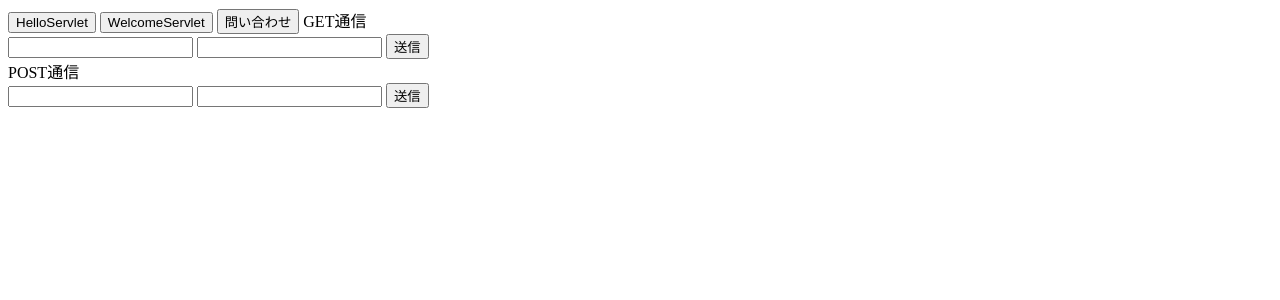
Repository: Zz313s/backup
Page: http://localhost/HelloServlet/
An editor plug-in stored every save of this project. The page is shown before and after the next save, followed by the edit.
The browser window is 1280 px wide. The pictures show the whole page.
The page is served by Tomcat 9.

Above is the page before, as saved 2017-11-22 10:23:22.

After the next save:
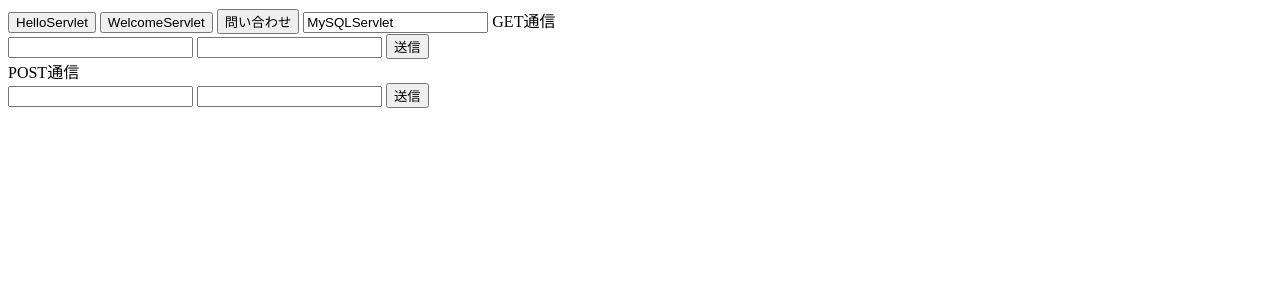
Saved 13 min 23 s later.
--- a/saba/HelloServlet/WebContent/index.jsp
+++ b/saba/HelloServlet/WebContent/index.jsp
@@ -10,6 +10,7 @@
 <input type="button" value="HelloServlet" onClick="location.href='HelloServlet'">
 <input type="button" value="WelcomeServlet" onClick="location.href='welcome.jsp'">
 <input type="button" value="問い合わせ" onClick="location.href='inquiry.jsp'">
+<input tyoe="button" value="MySQLServlet" onClicck="location='NySQLServlet'">
 GET通信
 <form method="get" action="TestServlet">
 <input type="text" name="username">
